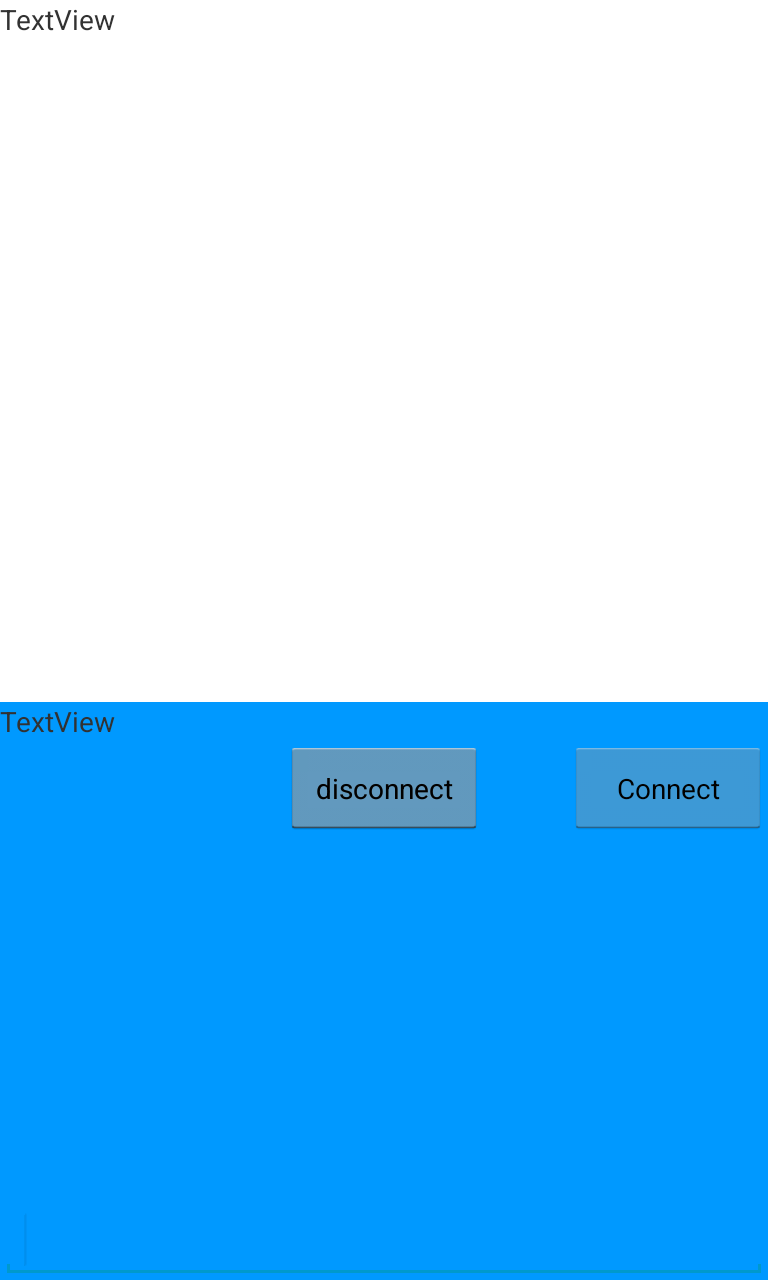
Repository: Clonedpirate/BtSshPwnPI
Layout: HackDroid/res/layout/terminal.xml
These files come from the project's save history. The layout is drawn as it stood at one moment and after the next save; the edit follows.
It is drawn on a 768 x 1280 px phone screen (xhdpi) without system bars, with theme AppTheme; the app's code is not run.

Above is the layout before, as saved 2014-06-19 10:24:45.

After the next save:
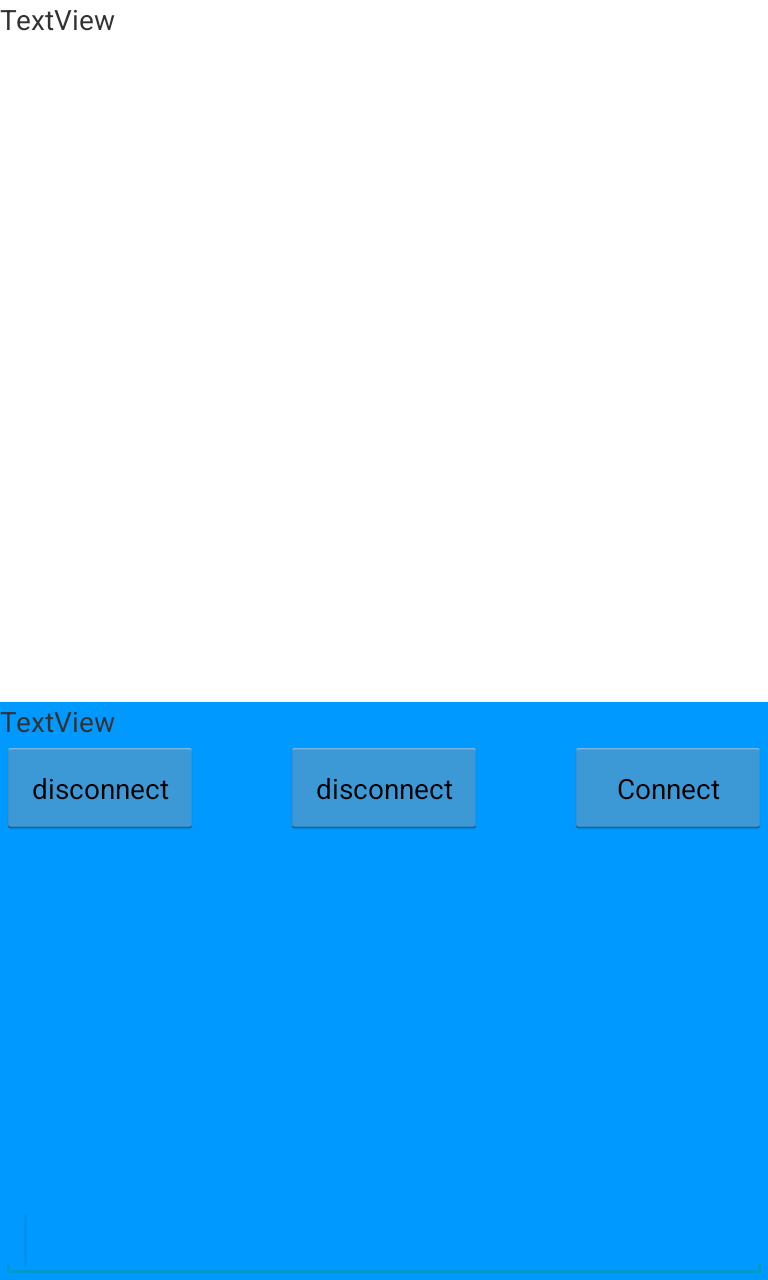
Saved 20 s later.
--- a/HackDroid/res/layout/terminal.xml
+++ b/HackDroid/res/layout/terminal.xml
@@ -42,7 +42,7 @@
         android:text="Connect" />
 
     <Button
-        android:id="@+id/button1"
+        android:id="@+id/button2"
         style="?android:attr/buttonStyleSmall"
         android:layout_width="100dp"
         android:layout_height="wrap_content"
@@ -51,12 +51,12 @@
         android:text="disconnect" />
 
     <Button
-        android:id="@+id/button1"
+        android:id="@+id/button3"
         style="?android:attr/buttonStyleSmall"
         android:layout_width="100dp"
         android:layout_height="wrap_content"
+        android:layout_alignParentLeft="true"
         android:layout_below="@+id/IPtext"
-        android:layout_centerHorizontal="true"
         android:text="disconnect" />
 
 </RelativeLayout>
